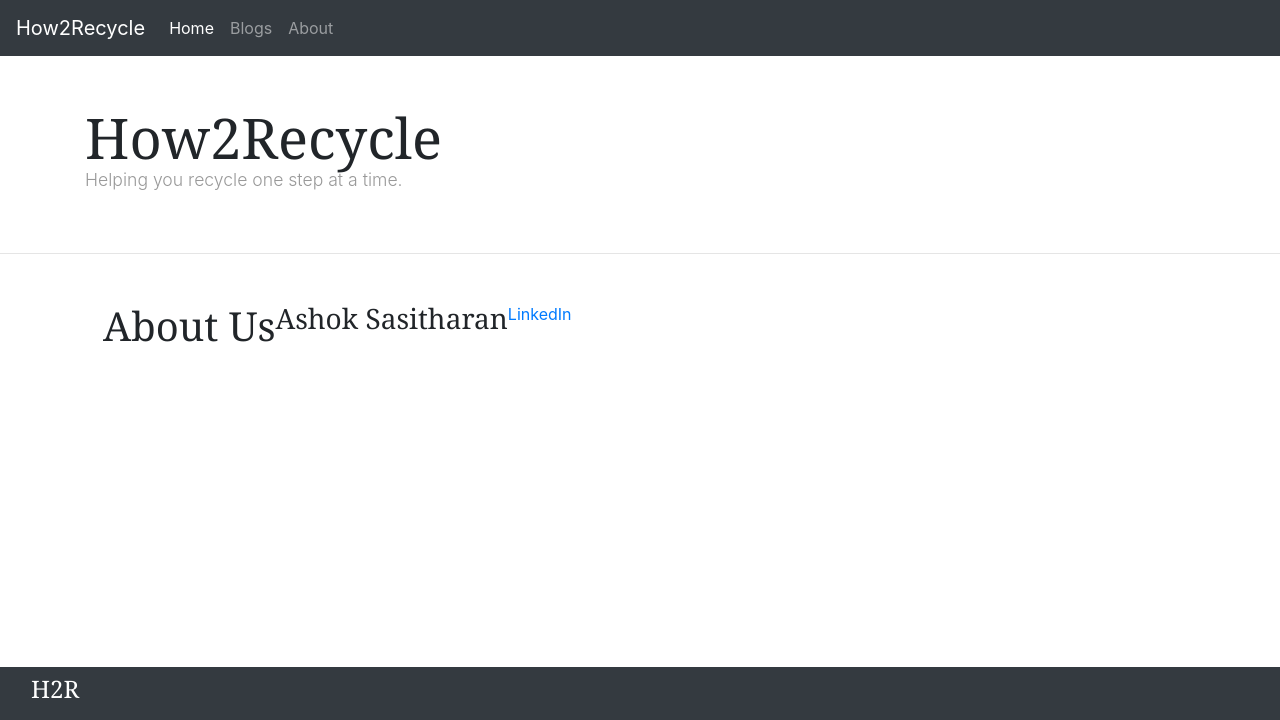
Repository: AshokSasi/CopyNPasta-Recycle-App
Page: http://localhost/about
An editor plug-in stored every save of this project. The page is shown before and after the next save, followed by the edit.
The browser window is 1280 px wide. The pictures show the whole page.
The page is served by the project's Laravel application, run on PHP 8.4 with Laravel 8.

Above is the page before, as saved 2021-09-25 16:11:11.

After the next save:
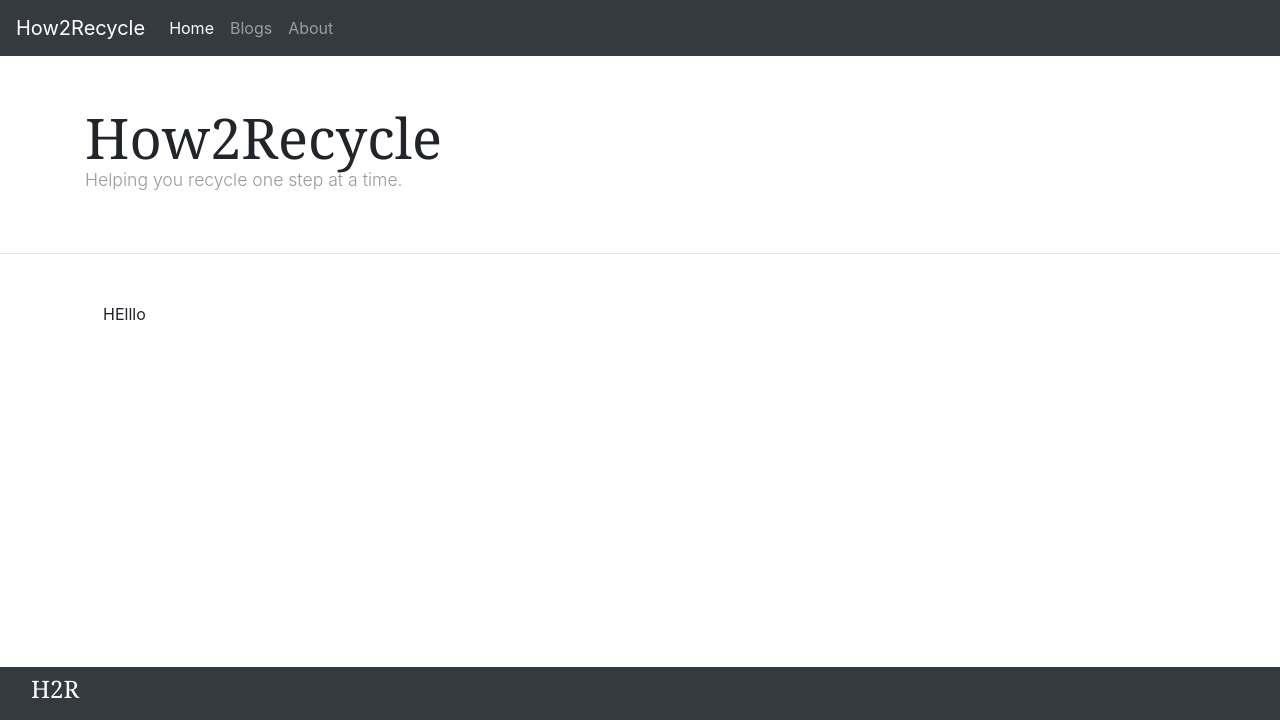
Saved 27 s later.
--- a/resources/views/about.blade.php
+++ b/resources/views/about.blade.php
@@ -1,10 +1,7 @@
 @extends('layouts.master')
 
 @section('content')
-<h1>About Us</h1>
-<br/>
-<h3>Ashok Sasitharan</h3>
-<p><a href="https://www.linkedin.com/in/ashok-sasitharan/">LinkedIn</a></p>
+<p>HElllo</p>
 
 
 @endsection
